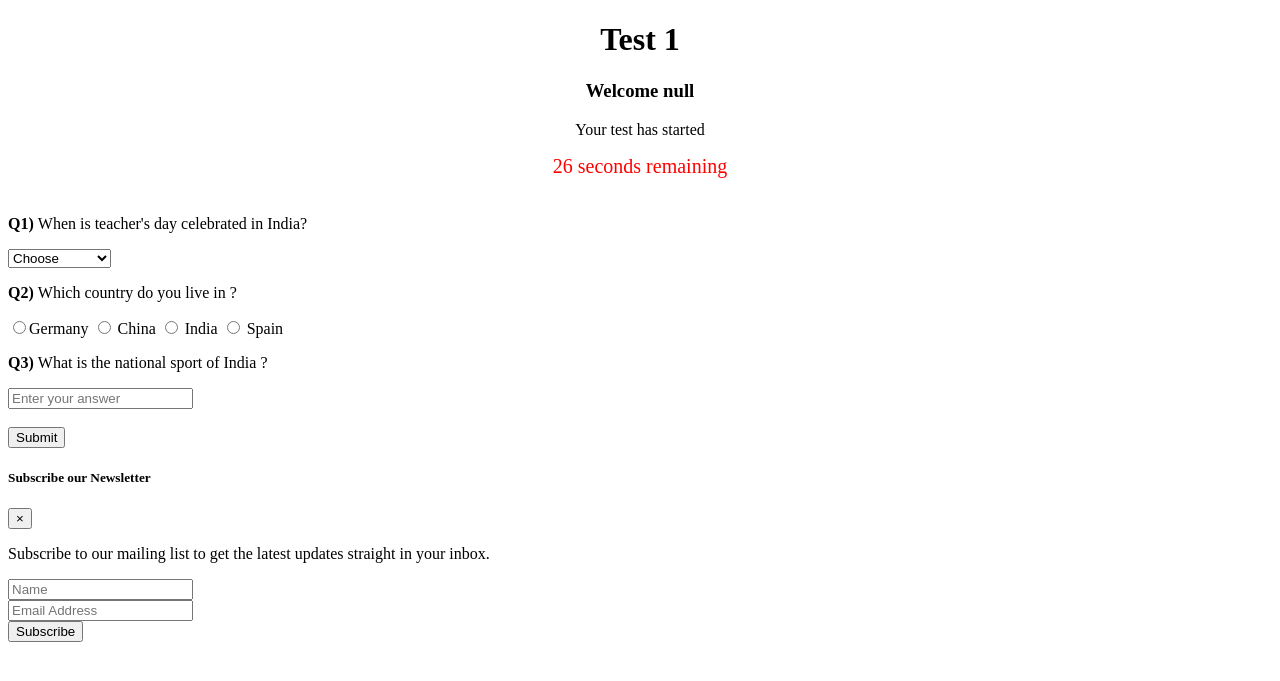
Repository: MriOj/OnlineExamPortal
Page: http://localhost/ExamPortal/test1.jsp
These files come from the project's save history. The page is drawn as it stood at one moment and after the next save; the edit follows.
The browser window is 1280 px wide. The pictures show the whole page.
The page is served by Tomcat 9. Other server files are loaded and not shown.

Above is the page before, as saved 2021-09-07 06:02:27.

### ExamPortal/src/main/webapp/test1.jsp
<%@ page language="java" contentType="text/html; charset=ISO-8859-1"
    pageEncoding="ISO-8859-1"%>
<!DOCTYPE html>
<html>
<head>
<meta charset="ISO-8859-1">
<title>Test 1 </title>
<style type="text/css">
.center {
text-align: center;
}
#uid{
visibility:hidden;
}
#timer{
font-size:20px;
color:red;
}
</style>
<script src="https://code.jquery.com/jquery-3.5.1.min.js"></script>
<script src="https://stackpath.bootstrapcdn.com/bootstrap/4.5.0/js/bootstrap.min.js"></script>
</head>
<script>
$(document).ready(function(){
	$("#myModal").modal('show');
});</script>
<body>
<div class="center">
<h1 >Test 1</h1>
<h3> Welcome <%{out.println(request.getAttribute("userid"));} %></h3>
<p >Your test has started </p>
<div id="timer"></div>
</div>
<form action="than" method="post" id="yourForm">
<input type="text" id="uid" name="userid" value="<%{out.println(request.getAttribute("userid"));} %>">
<input type="text" id="uid" name="test" value="1">
<p><b>Q1) </b>When is teacher's day celebrated in India?</p>
 <select name="Q1">
        <option value="choose" >Choose</option>
        <option value="A" >5 September</option>
        <option value="B" >15 August</option>
        <option value="C" >14 November</option>
        <option value="D" >26 January</option>
    </select>

<p><b>Q2) </b>Which country do you live in  ?</p>
    <input type="radio" value="A" name="Q2" >Germany
    <input type="radio" value="B" name="Q2"> China
    <input type="radio" value="C" name="Q2">  India
    <input type="radio" value="D" name="Q2"> Spain

<p><b>Q3) </b>What is the national sport of India  ?</p>
     <input type="text" name="Q3" placeholder= "Enter your answer" /> <br><br>
<input type="submit"></input>
</form>
<div id="myModal" class="modal fade">
    <div class="modal-dialog">
        <div class="modal-content">
            <div class="modal-header">
                <h5 class="modal-title">Subscribe our Newsletter</h5>
                <button type="button" class="close" data-dismiss="modal">&times;</button>
            </div>
            <div class="modal-body">
				<p>Subscribe to our mailing list to get the latest updates straight in your inbox.</p>
                <form>
                    <div class="form-group">
                        <input type="text" class="form-control" placeholder="Name">
                    </div>
                    <div class="form-group">
                        <input type="email" class="form-control" placeholder="Email Address">
                    </div>
                    <button type="submit" class="btn btn-primary">Subscribe</button>
                </form>
            </div>
        </div>
    </div>
</div>
</body>
<script>
var timeLeft = 30;
var elem = document.getElementById('timer');
var timerId = setInterval(countdown, 1000);

function countdown() {
    if (timeLeft == -1) {
        clearTimeout(timerId);
        doSomething();
    } else {
        elem.innerHTML = timeLeft + ' seconds remaining';
        timeLeft--;
    }
}
function doSomething() {
	alert("Test Submitted")
    document.getElementById('yourForm').submit();;
}

</script>
</html>

After the next save:
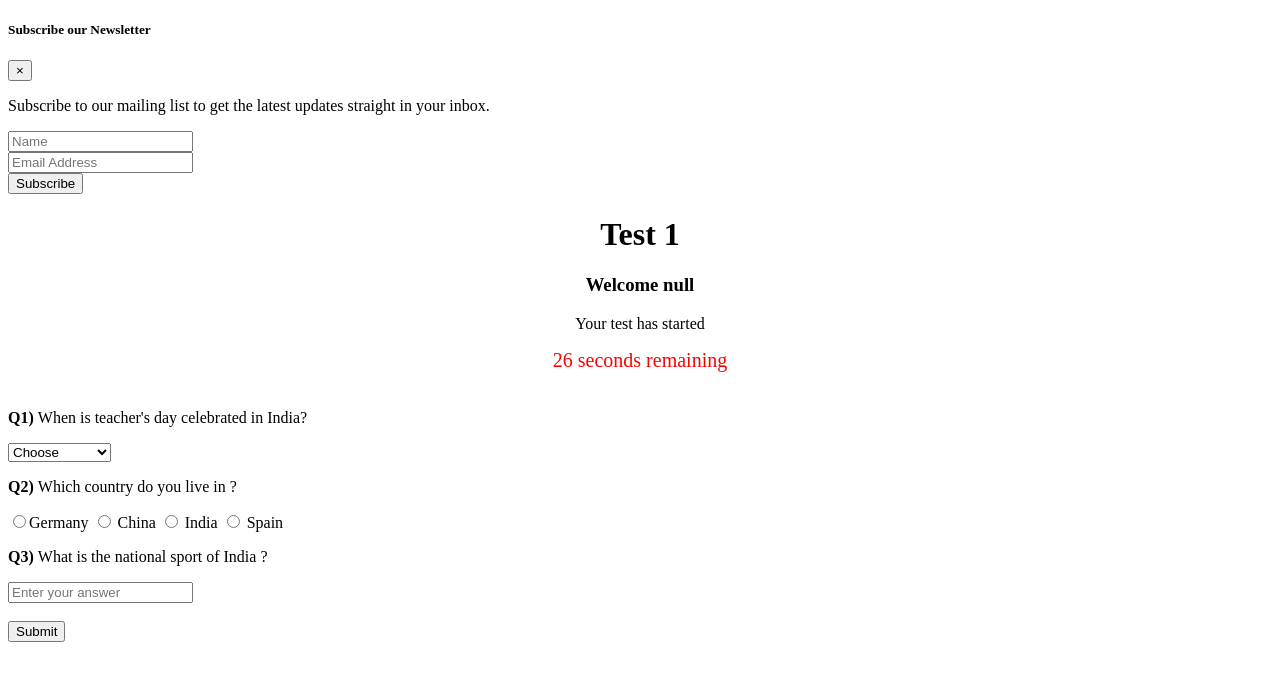
Saved 93 s later.
--- a/ExamPortal/src/main/webapp/test1.jsp
+++ b/ExamPortal/src/main/webapp/test1.jsp
@@ -25,6 +25,28 @@ $(document).ready(function(){
 	$("#myModal").modal('show');
 });</script>
 <body>
+<div id="myModal" class="modal fade">
+    <div class="modal-dialog">
+        <div class="modal-content">
+            <div class="modal-header">
+                <h5 class="modal-title">Subscribe our Newsletter</h5>
+                <button type="button" class="close" data-dismiss="modal">&times;</button>
+            </div>
+            <div class="modal-body">
+				<p>Subscribe to our mailing list to get the latest updates straight in your inbox.</p>
+                <form>
+                    <div class="form-group">
+                        <input type="text" class="form-control" placeholder="Name">
+                    </div>
+                    <div class="form-group">
+                        <input type="email" class="form-control" placeholder="Email Address">
+                    </div>
+                    <button type="submit" class="btn btn-primary">Subscribe</button>
+                </form>
+            </div>
+        </div>
+    </div>
+</div>
 <div class="center">
 <h1 >Test 1</h1>
 <h3> Welcome <%{out.println(request.getAttribute("userid"));} %></h3>
@@ -53,28 +75,7 @@ $(document).ready(function(){
      <input type="text" name="Q3" placeholder= "Enter your answer" /> <br><br>
 <input type="submit"></input>
 </form>
-<div id="myModal" class="modal fade">
-    <div class="modal-dialog">
-        <div class="modal-content">
-            <div class="modal-header">
-                <h5 class="modal-title">Subscribe our Newsletter</h5>
-                <button type="button" class="close" data-dismiss="modal">&times;</button>
-            </div>
-            <div class="modal-body">
-				<p>Subscribe to our mailing list to get the latest updates straight in your inbox.</p>
-                <form>
-                    <div class="form-group">
-                        <input type="text" class="form-control" placeholder="Name">
-                    </div>
-                    <div class="form-group">
-                        <input type="email" class="form-control" placeholder="Email Address">
-                    </div>
-                    <button type="submit" class="btn btn-primary">Subscribe</button>
-                </form>
-            </div>
-        </div>
-    </div>
-</div>
+
 </body>
 <script>
 var timeLeft = 30;
